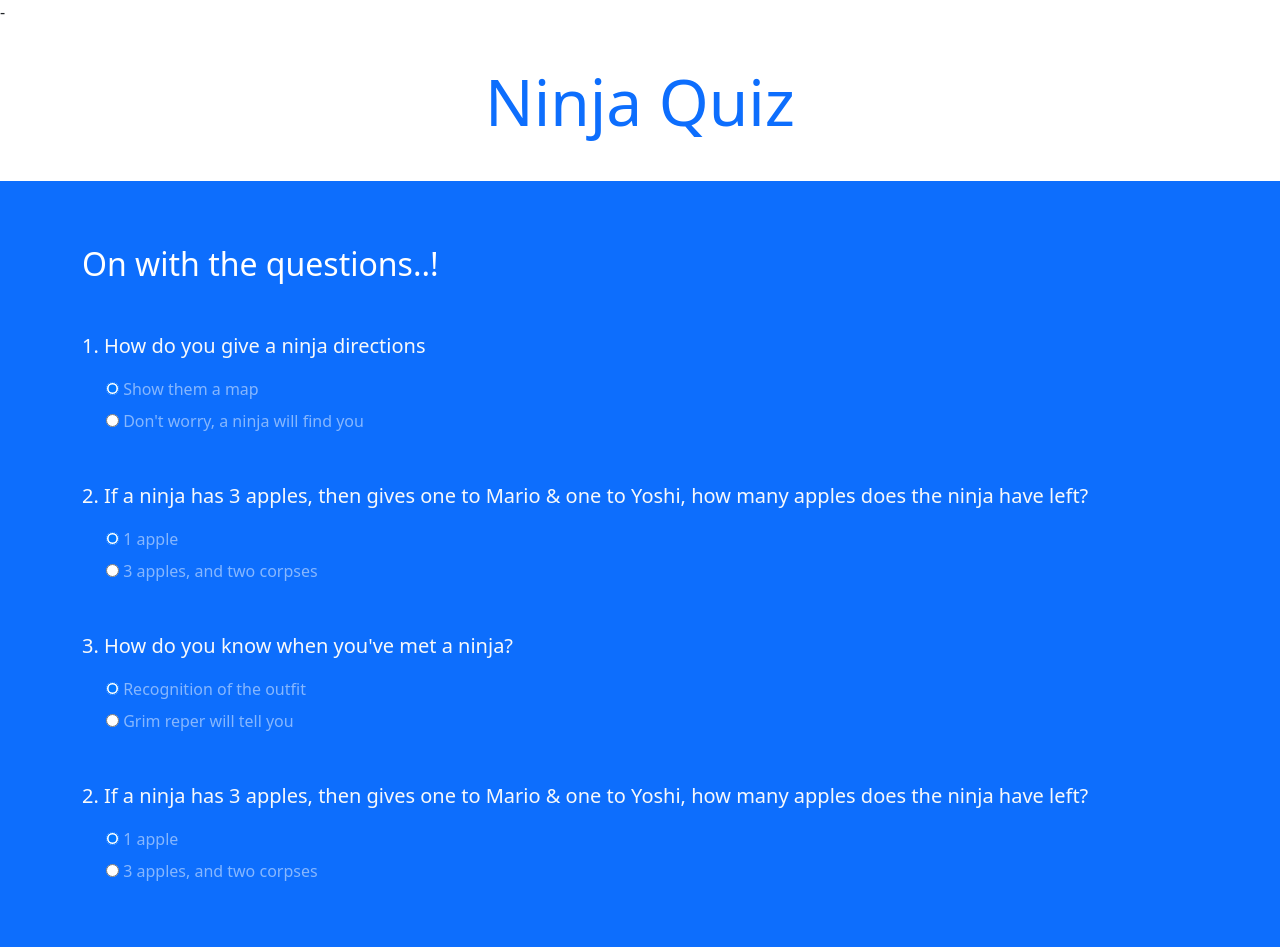
Repository: Programmer-RD-AI/Modern-JavaScript-Complete-guide-from-Novice-to-Ninja
Page: ninja_quiz/index.html
An editor plug-in stored every save of this project. The page is shown before and after a run of saves, followed by the edit.
The browser window is 1280 px wide. The pictures show the whole page.

Above is the page before, as saved 2023-12-26 15:30:58.

After the next 2 saves:
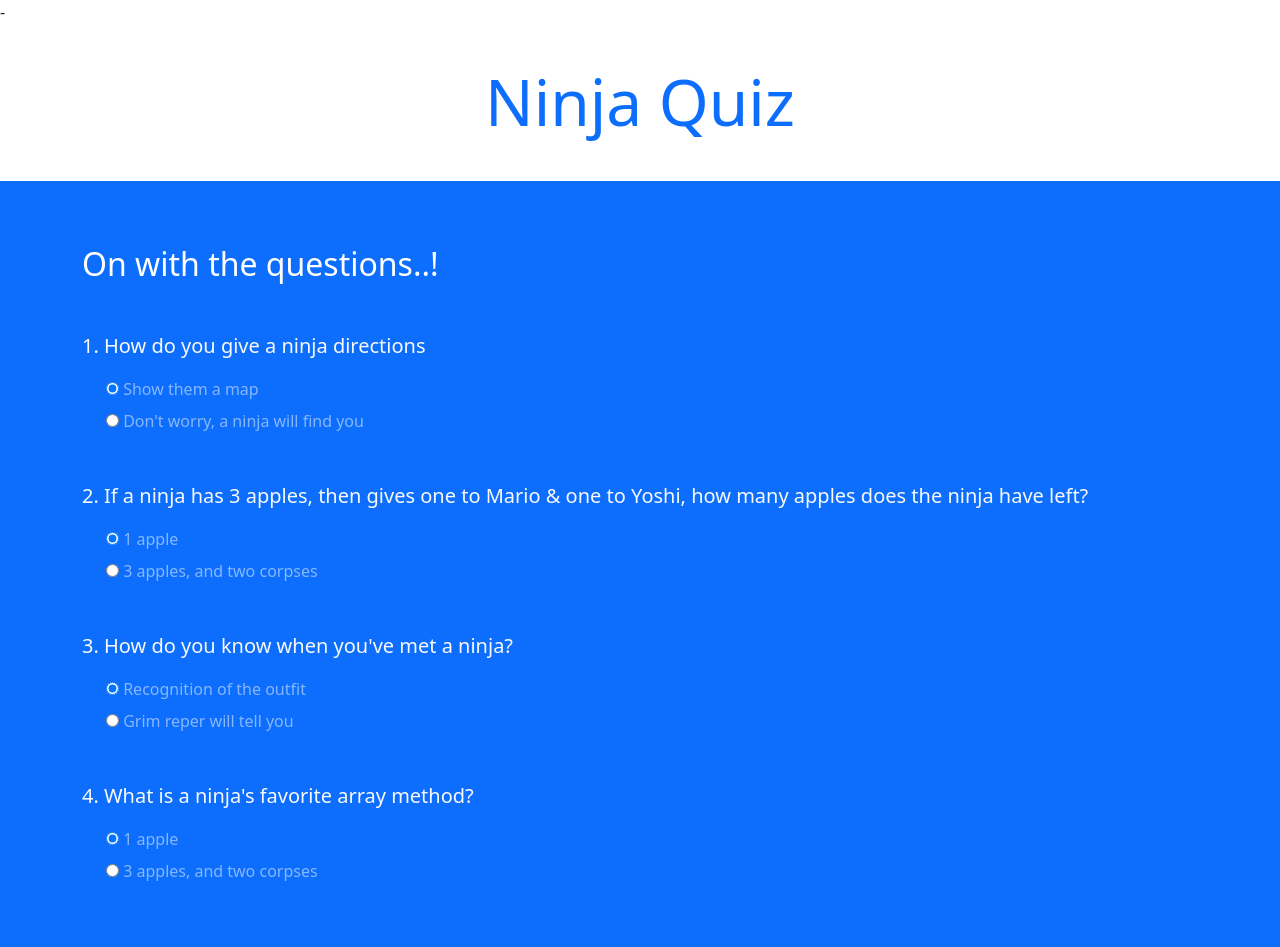
The 2 saves are shown as one change because they came seconds apart.
The last was saved 13 s later.
--- a/ninja_quiz/index.html
+++ b/ninja_quiz/index.html
@@ -68,8 +68,7 @@
           </div>
           <div class="my-5">
             <p class="lead font-weight-normal">
-              2. If a ninja has 3 apples, then gives one to Mario & one to
-              Yoshi, how many apples does the ninja have left?
+              4. What is a ninja's favorite array method?
             </p>
             <div class="form-check my-2 text-white-50">
               <input type="radio" name="q4" value="A" checked />
